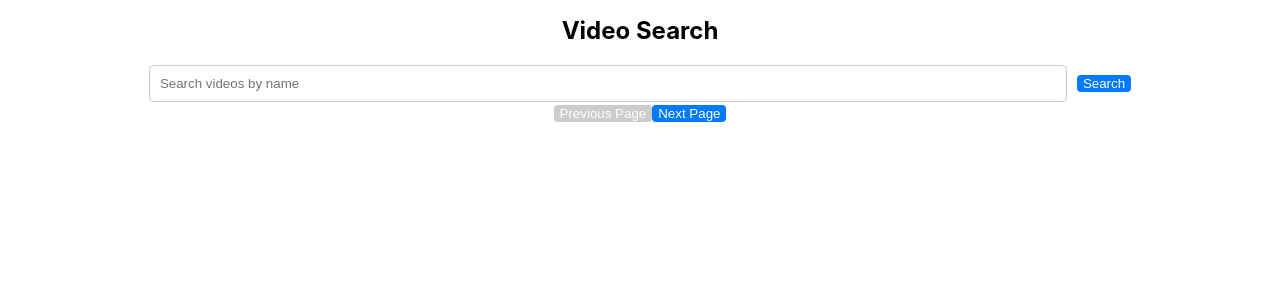
Repository: LolaSL/video-search
Page: /
An editor plug-in stored every save of this project. The page is shown before and after the next save, followed by the edit.
The browser window is 1280 px wide. The pictures show the whole page.
The project was rebuilt for these pictures with package versions that can differ from the ones it lists, and the page was loaded fresh each time.

Above is the page before, as saved 2023-08-12 13:00:59.

After the next save:
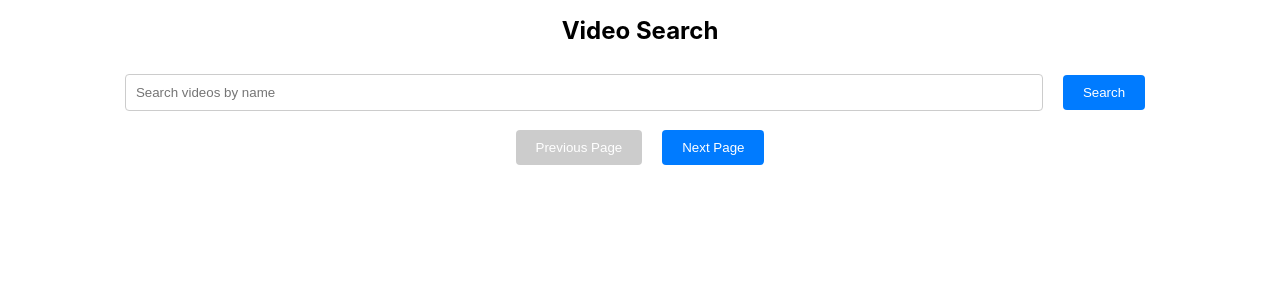
Saved 5 s later.
--- a/src/App.css
+++ b/src/App.css
@@ -25,7 +25,7 @@ input[type="text"] {
 }
 
 button {
-  margin:
+  margin: 10px;
   padding: 10px 20px;
   background-color: #007bff;
   color: #fff;
